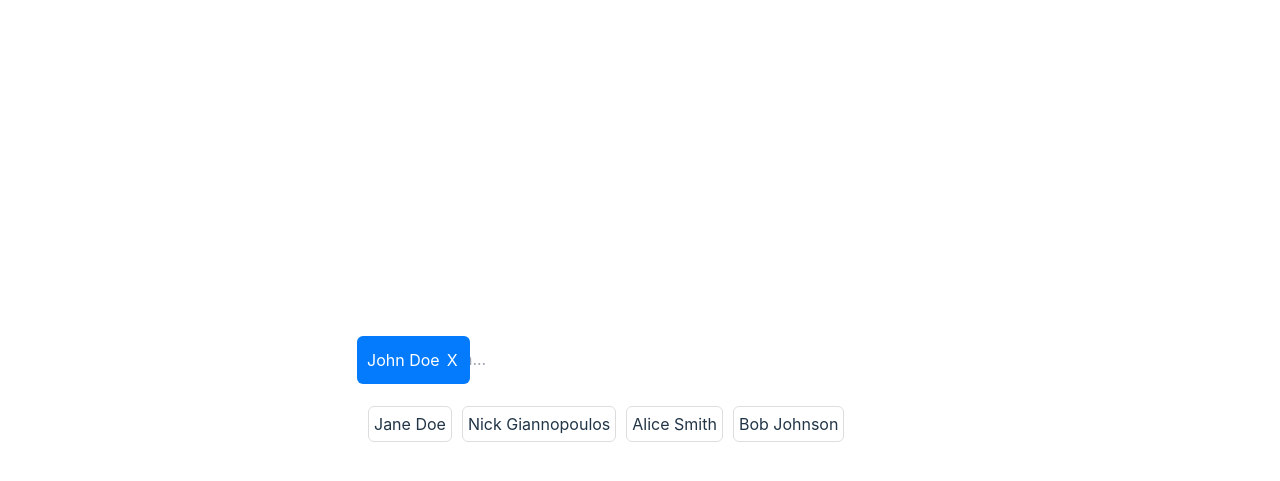
Repository: Ayansaxena24/Chip
Page: /, after clicking the first element matching `li.cursor-pointer`
The author's editor kept a copy of each file at every save. The page is drawn from the files as they stood at one save, then again after the next save.
The browser window is 1280 px wide. The pictures show the whole page.
Some web libraries are served in a nearby version. The project was rebuilt for these pictures with package versions that can differ from the ones it lists, and the page was loaded fresh each time. Also part of the build but not shown: vite.config.ts, src/ChipInput.css.

Above is the page before, as saved 2024-01-16 03:43:23.

After the next save:
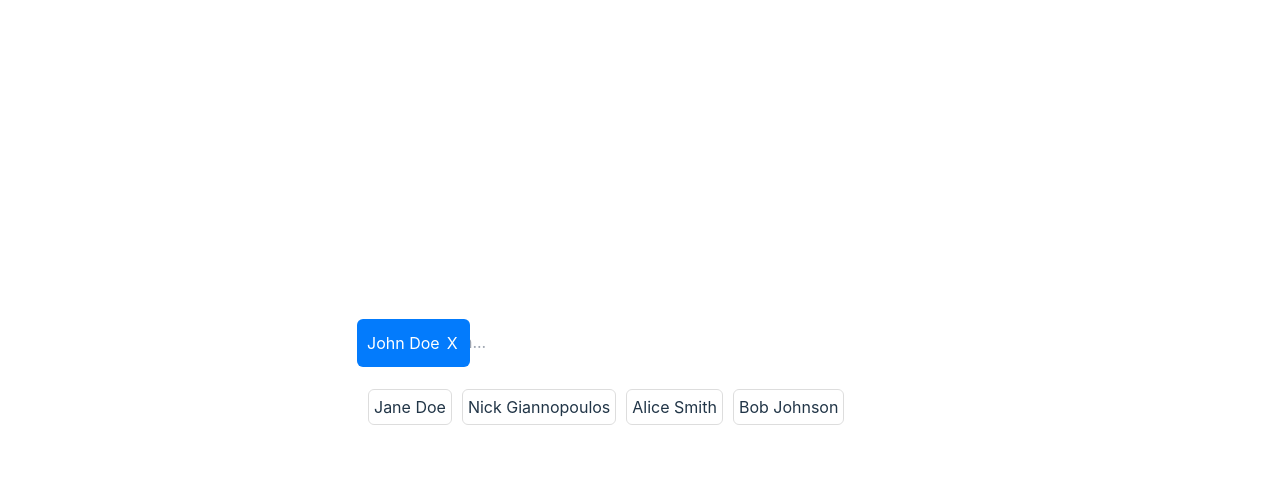
Saved 5 s later.
--- a/src/ChipInput.tsx
+++ b/src/ChipInput.tsx
@@ -78,7 +78,7 @@ const ChipInput: React.FC = () => {
           {chips.map((chip) => (
             <div
               key={chip.id}
-              className="bg-[#037bfc] text-white z-20 rounded-md m-[5px] pr-[30px] pl-[10px] py-[12px] cursor-pointer flex items-center relative"
+              className="bg-[#037bfc] text-white z-20 mb-10 rounded-md m-[5px] pr-[30px] pl-[10px] py-[12px] cursor-pointer flex items-center relative"
               onClick={() => handleChipRemove(chip.id)}
             >
               {chip.label}
